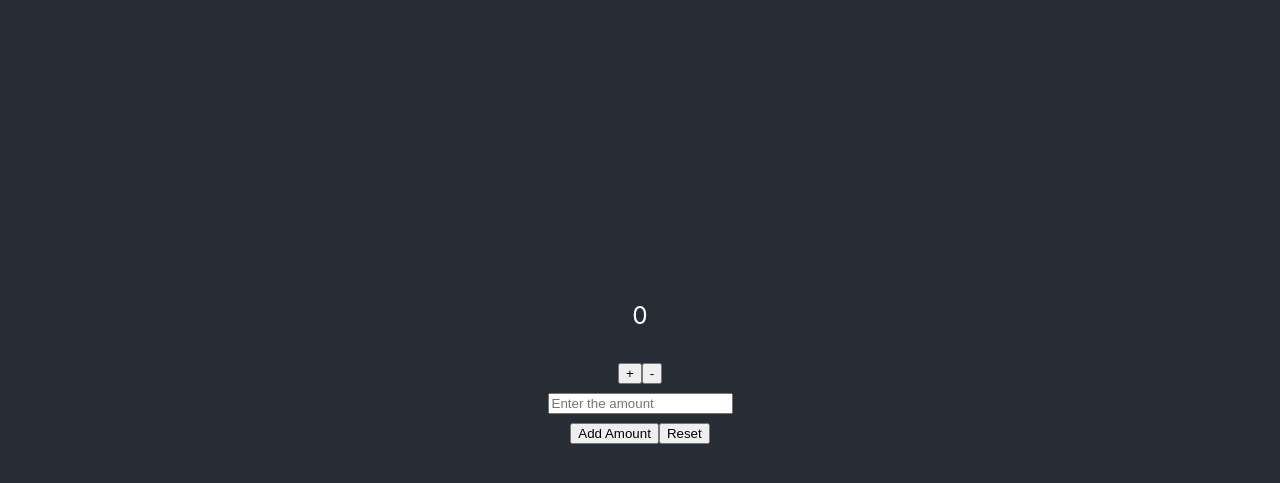
Repository: mahsa199170/React-Redux-Projects
Page: / (app in counter-app-redux-toolkit/)
An editor plug-in stored every save of this project. The page is shown before and after the next save, followed by the edit.
The browser window is 1280 px wide. The pictures show the whole page.
The project was rebuilt for these pictures with package versions that can differ from the ones it lists, and the page was loaded fresh each time.

Above is the page before, as saved 2024-10-28 15:15:52.

### counter-app-redux-toolkit/src/index.js
import React from 'react';
import ReactDOM from 'react-dom/client';
import './index.css';
import App from './App';
import { Provider } from 'react-redux';
import store from './store';

const root = ReactDOM.createRoot(document.getElementById('root'));
root.render(
  <React.StrictMode>
    <Provider store={store}>
      <App />
    </Provider>
  </React.StrictMode>
);

### counter-app-redux-toolkit/src/App.js
import './App.css';
import Counter from './components/counter/Counter';

function App() {
  return (
    <div className="App">
      <header className="App-header">
        <Counter />
      </header>
    </div>
  );
}

export default App;

### counter-app-redux-toolkit/src/store.js
import { configureStore, combineReducers } from '@reduxjs/toolkit';
import countReducer from './slice/counterSlice';

const rootReducer = combineReducers({
  counter: countReducer,
});

const store = configureStore({
  reducer: rootReducer,
});

export default store;

### counter-app-redux-toolkit/src/components/counter/Counter.js
import React, { useState } from 'react';
import { useDispatch, useSelector } from 'react-redux';
import {
  countSelector,
  DECREMENT_BY_ONE,
  INCREMENET_BY_ONE,
  INCREMENT_BY_AN_AMOUNT,
  RESET_AMOUNT,
} from '../../slice/counterSlice';

const Counter = () => {
  const [inputNumber, setInputNumber] = useState('');
  const number = useSelector(countSelector);

  const dispatch = useDispatch();

  //   const addValue = Number(inputNumber) || 0;

  const handleIncrement = () => {
    dispatch(INCREMENET_BY_ONE());
  };
  const handleDecrement = () => {
    dispatch(DECREMENT_BY_ONE());
  };

  const addAmount = () => {
    dispatch(INCREMENT_BY_AN_AMOUNT(Number(inputNumber) || 0));
    setInputNumber('');
  };

  const handleReset = () => {
    setInputNumber('');
    dispatch(RESET_AMOUNT());
  };

  return (
    <section>
      <p>{number}</p>
      <div>
        <button className="btn" onClick={handleIncrement}>
          +
        </button>
        <button onClick={handleDecrement}>-</button>
      </div>
      <div>
        <input
          type="text"
          placeholder="Enter the amount"
          value={inputNumber}
          onChange={(e) => setInputNumber(e.target.value)}
        />
      </div>
      <div>
        <button onClick={addAmount}>Add Amount</button>
        <button onClick={handleReset}>Reset </button>
      </div>
    </section>
  );
};

export default Counter;

### counter-app-redux-toolkit/src/slice/counterSlice.js
import { createSlice } from '@reduxjs/toolkit';

const initialState = {
  count: 0,
};

const counterSlice = createSlice({
  name: 'counter',
  initialState,
  reducers: {
    INCREMENET_BY_ONE: (state, action) => {
      state.count += 1;
    },
    DECREMENT_BY_ONE: (state, action) => {
      state.count -= 1;
    },
    INCREMENT_BY_AN_AMOUNT: (state, action) => {
      state.count += action.payload;
    },
    RESET_AMOUNT: (state, action) => {
      state.count = 0;
    },
  },
});

export const countSelector = (state) => state.counter.count;
export const {
  INCREMENET_BY_ONE,
  DECREMENT_BY_ONE,
  INCREMENT_BY_AN_AMOUNT,
  RESET_AMOUNT,
} = counterSlice.actions;

export default counterSlice.reducer;

### counter-app-redux-toolkit/src/components/counter/Counter.scss
button {
  background-color: pink;
}

Loaded but not shown: counter-app-redux-toolkit/public/index.html (common file); counter-app-redux-toolkit/src/index.css (common file); counter-app-redux-toolkit/src/App.css (common file)

After the next save:
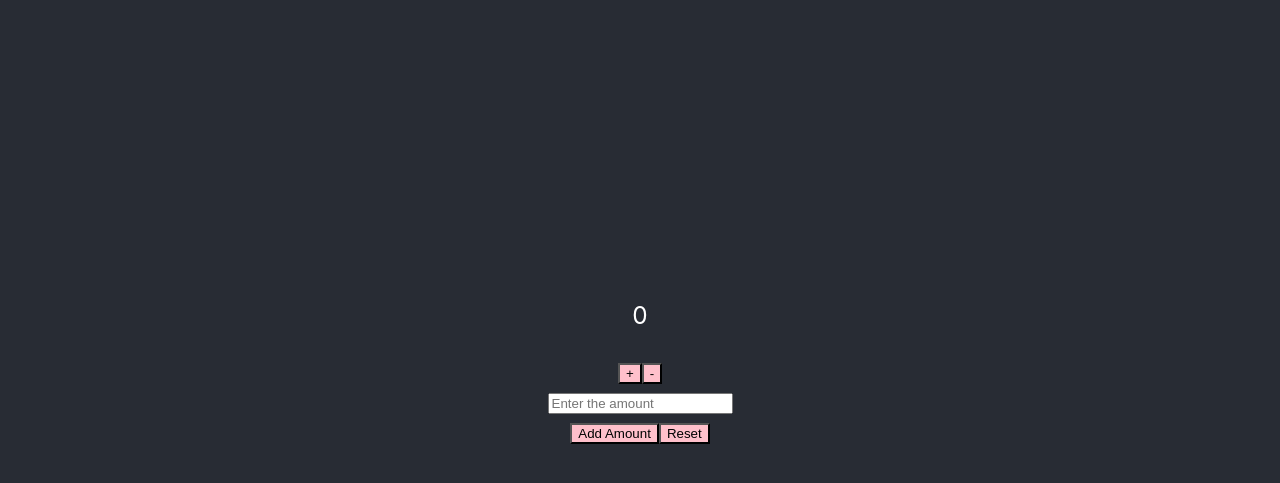
Saved 31 s later.
--- a/counter-app-redux-toolkit/src/components/counter/Counter.js
+++ b/counter-app-redux-toolkit/src/components/counter/Counter.js
@@ -7,6 +7,7 @@ import {
   INCREMENT_BY_AN_AMOUNT,
   RESET_AMOUNT,
 } from '../../slice/counterSlice';
+import './Counter.scss';
 
 const Counter = () => {
   const [inputNumber, setInputNumber] = useState('');
